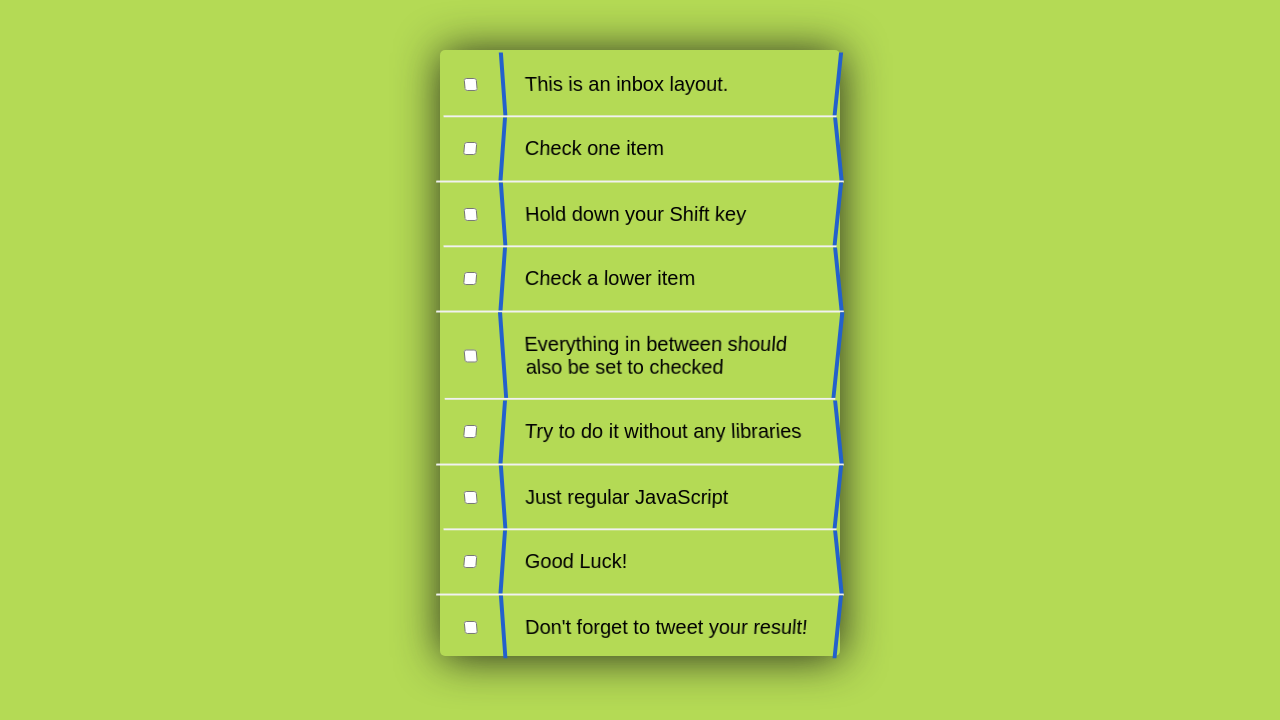
Repository: Freezler/Shift-Select-Checkboxes
Page: index.html
These files come from the project's save history. The page is drawn as it stood at one moment and after the next save; the edit follows.
The browser window is 1280 px wide. The pictures show the whole page.

Above is the page before, as saved 2024-09-07 21:55:13.

### index.html
<!DOCTYPE html>
<html lang="en">

<head>
  <meta charset="UTF-8">
  <title>Hold Shift to Check Multiple Checkboxes</title>
  <link rel="icon" href="https://fav.farm/🔥" />
</head>

<body>
  <style>
    html {
      font-family: sans-serif;
      font-weight: 500;
      background: rgb(180, 218, 85);
    }

    .inbox {
      max-width: 400px;
      margin: 50px auto;

      border-radius: 5px;
      box-shadow: 1px 2px 44px rgba(32, 35, 24, 0.947);
    }

    .item {
      display: flex;

      border-bottom: 2px solid #F1F1F1;
    }

    .item:last-child {
      border-bottom: 0;
    }

    input:checked+p {
      background: #F9F9F9;
      text-decoration: line-through;
    }

    input[type="checkbox"] {
      margin: 24px;

    }

    input:checked+p {
      background: #a30404bd;
      text-decoration: line-through;
      color: cornsilk
    }

    input:checked {
      accent-color: #a30404bd;
    }

    .inbox .item:nth-child(even) {
      transform: perspective(100px) rotateX(3deg) translateY(2px) scale(1.001);

    }

    .inbox .item:nth-child(odd) {
      transform: perspective(100px) rotateX(-3deg) translateY(3px);

    }

    .item:nth-child(even) {
      transform: perspective(100px) rotateX(-3deg) translateY(3px);

    }

    p {
      margin: 0;
      padding: 20px;
      transition: background 0.2s;
      flex: 1;

      font-size: 20px;
      font-weight: 200;
      border-inline: 4px solid #2361cc;
    }
  </style>
  <!--  The following is a common layout you would see in an email client.
        When a user clicks a checkbox, holds Shift, and then clicks another checkbox a few rows down, all the checkboxes in between those two checkboxes should be checked.

  -->
  <div class="inbox">
    <div class="item">
      <input type="checkbox">
      <p>This is an inbox layout.</p>
    </div>
    <div class="item">
      <input type="checkbox">
      <p>Check one item</p>
    </div>
    <div class="item">
      <input type="checkbox">
      <p>Hold down your Shift key</p>
    </div>
    <div class="item">
      <input type="checkbox">
      <p>Check a lower item</p>
    </div>
    <div class="item">
      <input type="checkbox">
      <p>Everything in between should also be set to checked</p>
    </div>
    <div class="item">
      <input type="checkbox">
      <p>Try to do it without any libraries</p>
    </div>
    <div class="item">
      <input type="checkbox">
      <p>Just regular JavaScript</p>
    </div>
    <div class="item">
      <input type="checkbox">
      <p>Good Luck!</p>
    </div>
    <div class="item">
      <input type="checkbox">
      <p>Don't forget to tweet your result!</p>
    </div>
  </div>

  <script>
    const checkboxes = document.querySelectorAll('.inbox input[type="checkbox"]');

    checkboxes.forEach(checkbox => checkbox.addEventListener('click', handleCheck))

    let lastChecked;

    function handleCheck(e) {
      // check for shift-press && checked
      let inBetween = false;
      // loop over every single checkbox
      if (e.shiftKey && this.checked) {
        checkboxes.forEach(checkbox => {
          if (checkbox === this || checkbox === lastChecked) {
            inBetween = !inBetween
          }
          if (inBetween) {
            checkbox.checked = true
          }
        })
      }

      if (e.shiftKey && this.checked) {
        console.log("haha it's clicked with shift down AND checked!")
      }
      if (e.shiftKey && !this.checked) {
        console.log("haha it's clicked with shift down but not checked!")
      }
      lastChecked = this;
    }

  </script>
</body>

</html>

After the next save:
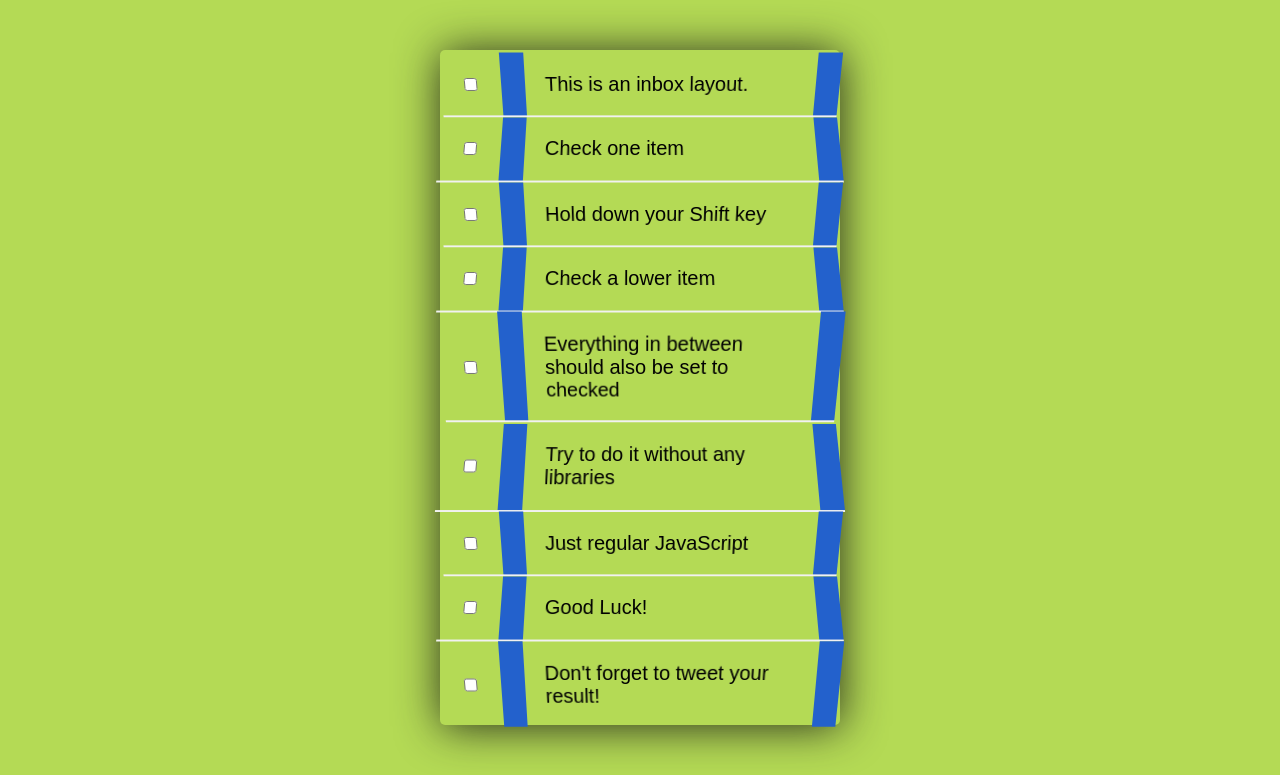
Saved 7 s later.
--- a/index.html
+++ b/index.html
@@ -76,7 +76,7 @@
 
       font-size: 20px;
       font-weight: 200;
-      border-inline: 4px solid #2361cc;
+      border-inline: 24px solid #2361cc;
     }
   </style>
   <!--  The following is a common layout you would see in an email client.
